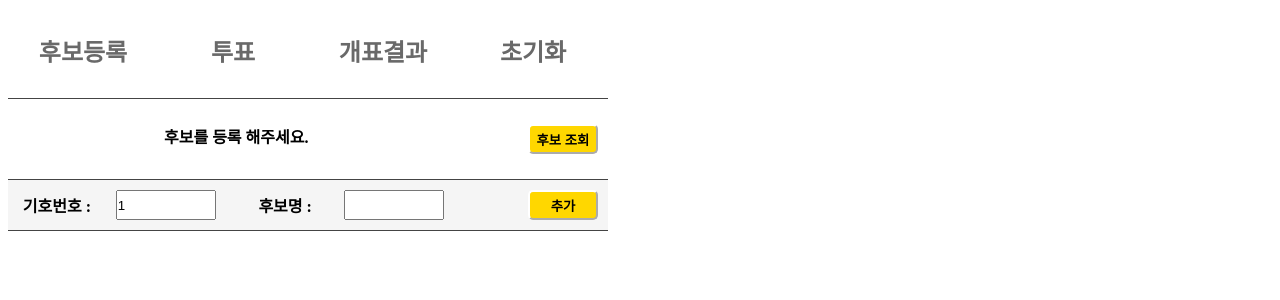
Repository: noheul1030/KOPO-HTML
Page: http://localhost/Tupyo/Tupyo/A_01_H.jsp
These files come from the project's save history. The page is drawn as it stood at one moment and after the next save; the edit follows.
The browser window is 1280 px wide. The pictures show the whole page.
The page is served by Tomcat 9. Queries for data that is not in the repository find no rows.

Above is the page before, as saved 2023-06-04 10:39:53.

### Tupyo/src/main/webapp/Tupyo/A_01_H.jsp
<meta http-equiv="Content-Type" content="text/html; charset=utf-8" />

<%@ page language="java" contentType="text/html; charset=UTF-8" %>

<%@ page import="java.util.*" %> <!--java import-->
<%@ page import="java.io.*"%> <!--java import-->
<%@ page import="java.sql.*"%> <!--java import-->

<html>
    <head>
    	<style>
    		table {
    			text-align: center;
   				border: 0;
   				solid black;
   				width: 600px;
   				border-collapse: collapse;
   				cellspacing="1"}
    		th, td {
		    border-bottom: 1px solid #444444;
		    padding: 10px;
			}
			th:first-child, td:first-child {
			  border-left: none;
			}
    		a {text-decoration-line: none;  color: #696969;}
			h2:hover {
			 box-shadow: 0 0 40px 40px #ffd700 inset;
			}
    		h2,h4 {margin-top: 15px; text-align: center;}
    		.fourth {
			  background: gold;
			  border-color: white;
			  color: black;
			  background-image: linear-gradient(45deg, yellow 50%, transparent 50%);
			  background-position: 100%;
			  background-size: 400%;
			  transition: background 300ms ease-in-out;
			  border-radius: 5px;
			}

			.fourth:hover {
			  background-position: 0;
			}
			.check{
				box-shadow: 0 0 40px 40px #ffd700 inset;
			}
    	</style>
    </head>
    <body>
<%
   		// DB연동
        Class.forName("com.mysql.jdbc.Driver");
		//Connection conn = DriverManager.getConnection("jdbc:mysql://192.168.23.60:3307/kopo11","root","shdmf1030@");
		Connection conn = DriverManager.getConnection("jdbc:mysql://localhost:3306/noheul","root","shdmf1030@");
        Statement stmt = conn.createStatement();

        stmt.execute("create table IF not exists HuboDB("
        + "name varchar(20)," // 타입 char
        + "id int not null primary key) default charset = utf8;"); // 타입 int utf8로 작성 디폴트

		Statement stmt2 = conn.createStatement();

		stmt2.execute("create table IF not exists TupyoDB("
		        + "hubo varchar(20) not null," // 타입 char
		        + "age varchar(20)) default charset = utf8;"); // 타입 int utf8로 작성 디폴트

        // ID칼럼의 전체 count 조회
		ResultSet total = stmt.executeQuery("select count(*) from HuboDB where id;");
		int totalcnt = 0;
		while(total.next()){
			totalcnt = total.getInt(1);
		}

		// ID 최소값은 1
		int minID = 1;

		// ID칼럼의 count가 0일때(아직 아무 값도 안들어왔다는 뜻)
		if(totalcnt == 0){
			ResultSet idcount = stmt.executeQuery("select min(id) as minNum from HuboDB where (id+1) not in (select id from HuboDB);");

			while(idcount.next()){
				minID = idcount.getInt(1)+1;
			}
		}else{	// ID칼럼의 count가 0이 아닐때(값이 들어있다는 뜻)
			// ID칼럼의 전체 값 조회
			ResultSet idcount2 = stmt.executeQuery("select id from HuboDB");

			while (idcount2.next()) {
			    int currentID = idcount2.getInt("id"); // 현재 가져온 id 값
				// ID최소값과 currentID의 값이 일치하면 순서대로 있는 ID값 이므로 통과
			    if (minID == currentID) {
			    	minID++; // 다음 기대하는 id 값으로 업데이트
			    } else { // 칼럼 순회 중간에 빠진 값을 찾았으므로 break;
			        break;
			    }
			}
		}

%>
	  	<table>
    		<tr>
    			<td width = 25%><a align = center id="update" href="A_01_H.jsp" target="content"><h2>후보등록</h2></a></td>
    			<td width = 25%><a align = center id="vote" href="B_01_H.jsp" target="content"><h2>투표</h2></a></td>
    			<td width = 25%><a align = center id="result" href="C_01_H.jsp" target="content"><h2>개표결과</h2></a></td>
    			<td width = 25%><a align = center id="result" href="D_01_H.jsp" target="content"><h2>초기화</h2></a></td>
    		</tr>
		</table>
		<form method = 'post'>
		<table>
			<tr><td colspan="4"><h4>후보를 등록 해주세요.</h4></td>
				<td align = right width = 22%>
				<input class="fourth" type="submit" value="후보 조회" style="width: 70px; height: 30px; padding: 0px;font-weight: bold;" formaction = 'A_03_H.jsp'></td>
			</tr>
			</form>
			<form method = 'post'>
			<tr>
				<td bgcolor=#f5f5f5 width=15% ><strong>기호번호 :</strong></td>

				<td bgcolor=#f5f5f5 align=left width=20% ><input type='text' name='HuboID' value='<%=minID%>'readonly style="width: 100px; height: 30px; padding: 0px;"></td>

				<td bgcolor=#f5f5f5 width=15% ><strong>후보명 :</strong></td>

				<td bgcolor=#f5f5f5 align=left width=20% ><input type='text' pattern="^[가-힣]+$" name="name" value='' title="한글만 입력하세요." required style="width: 100px; height: 30px; padding: 0px;"></td>

				<td bgcolor=#f5f5f5 align=right width = 20%>
  				<input class="fourth" type="submit" value="추가" align=right style="width: 70px; height: 30px; padding: 0px;font-weight: bold;" formaction = 'A_03_H.jsp'></td>
			</tr>
		</table>
		</form>
    </body>
</html>

After the next save:
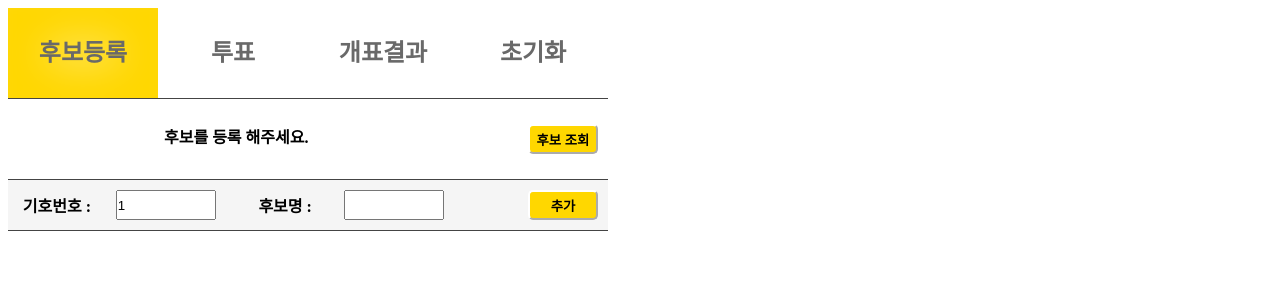
Saved 15 s later.
--- a/Tupyo/src/main/webapp/Tupyo/A_01_H.jsp
+++ b/Tupyo/src/main/webapp/Tupyo/A_01_H.jsp
@@ -100,7 +100,7 @@
 %>
 	  	<table>
     		<tr>
-    			<td width = 25%><a align = center id="update" href="A_01_H.jsp" target="content"><h2>후보등록</h2></a></td>
+    			<td class="check" width = 25%><a align = center id="update" href="A_01_H.jsp" target="content"><h2>후보등록</h2></a></td>
     			<td width = 25%><a align = center id="vote" href="B_01_H.jsp" target="content"><h2>투표</h2></a></td>
     			<td width = 25%><a align = center id="result" href="C_01_H.jsp" target="content"><h2>개표결과</h2></a></td>
     			<td width = 25%><a align = center id="result" href="D_01_H.jsp" target="content"><h2>초기화</h2></a></td>
